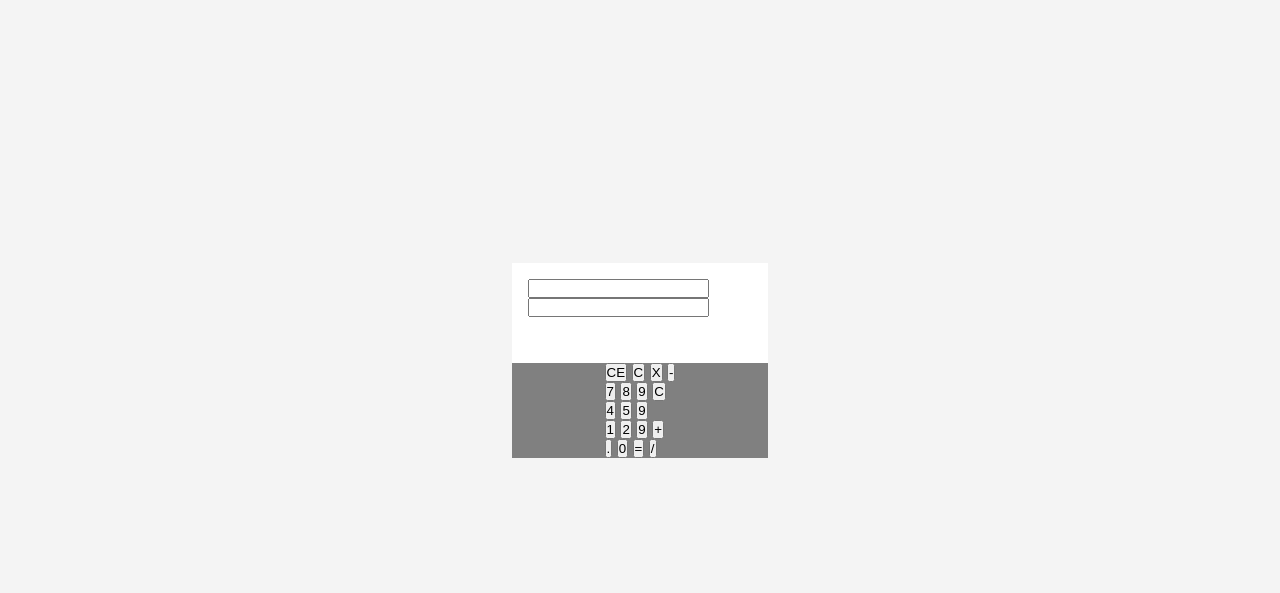
Repository: DNature/calc
Page: index.html
An editor plug-in stored every save of this project. The page is shown before and after the next save, followed by the edit.
The browser window is 1280 px wide. The pictures show the whole page.

Above is the page before, as saved 2019-11-20 23:25:37.

After the next save:
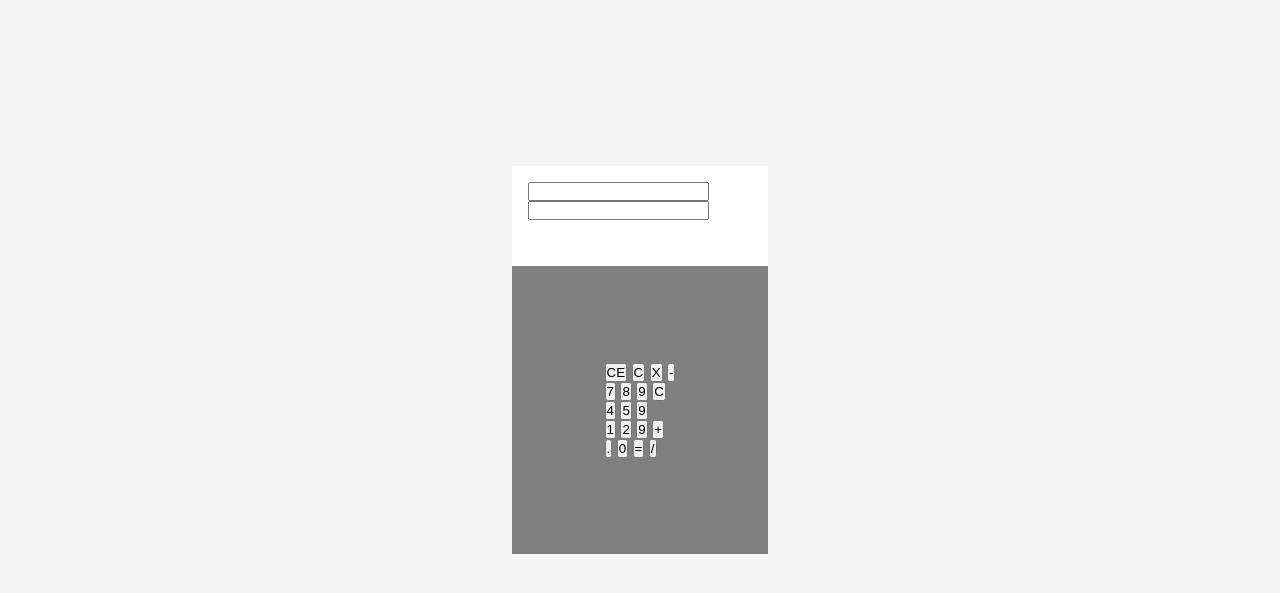
Saved 16 s later.
--- a/css/style.css
+++ b/css/style.css
@@ -32,4 +32,5 @@
   background: grey;
   display: grid;
   place-content: center;
+  height: 40vh;
 }
